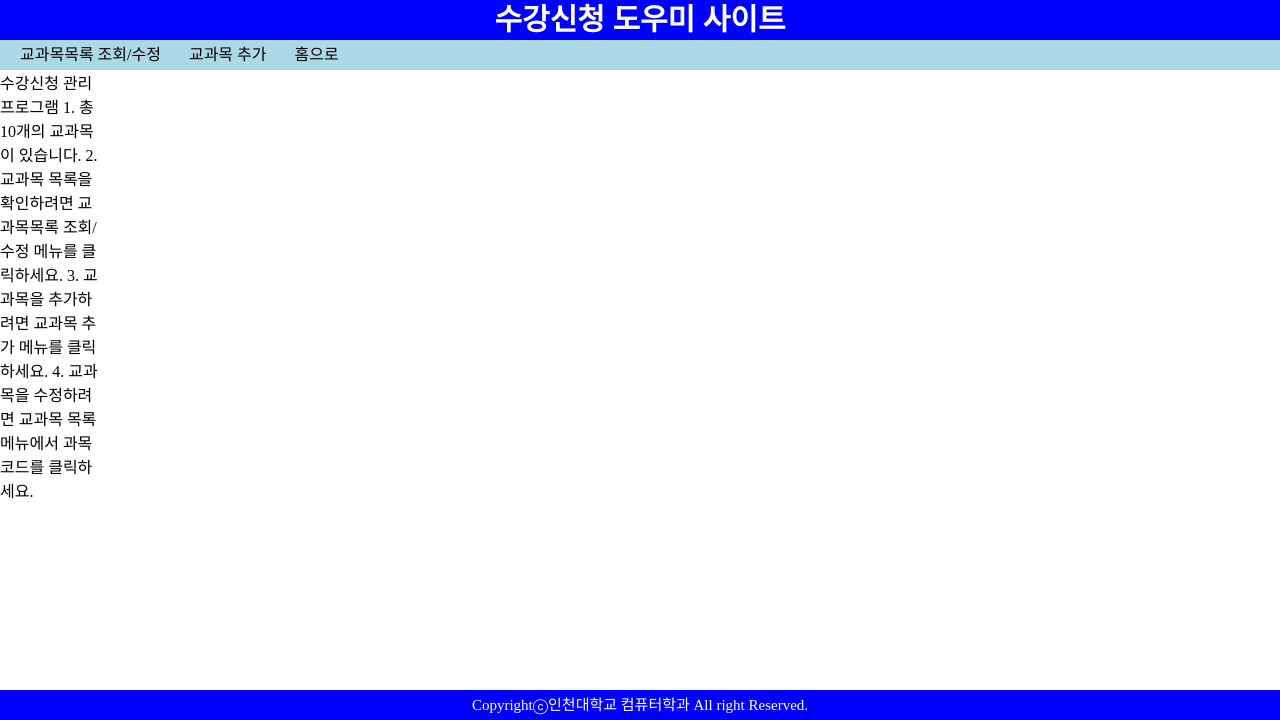
Repository: leesuyeon116/HRD_2
Page: http://localhost/HRD_0419/
The author's editor kept a copy of each file at every save. The page is drawn from the files as they stood at one save, then again after the next save.
The browser window is 1280 px wide. The pictures show the whole page.
The page is served by Tomcat 9.

Above is the page before, as saved 2024-04-19 04:36:00.

After the next save:
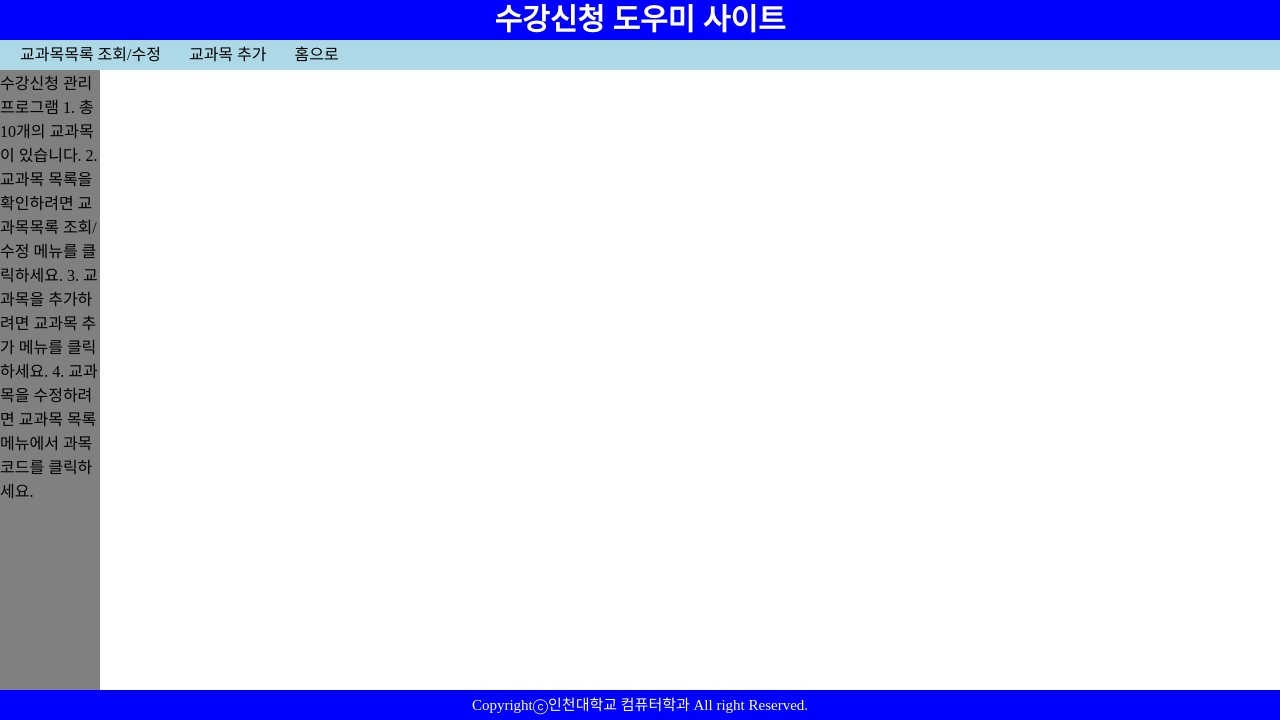
Saved 34 s later.
--- a/HRD_0419/src/main/webapp/index.jsp
+++ b/HRD_0419/src/main/webapp/index.jsp
@@ -9,7 +9,7 @@
 <body>
 	<jsp:include page="header.jsp"></jsp:include>
 
-		<section style="position: fixed; top: 70px; left:0px; width: 100px; height: 100%; background-color:  ">
+		<section style="position: fixed; top: 70px; left:0px; width: 100px; height: 100%; background-color: gray;">
 		수강신청 관리 프로그램
 		1. 총 10개의 교과목이 있습니다.
 		2. 교과목 목록을 확인하려면 교과목목록 조회/수정 메뉴를 클릭하세요.
